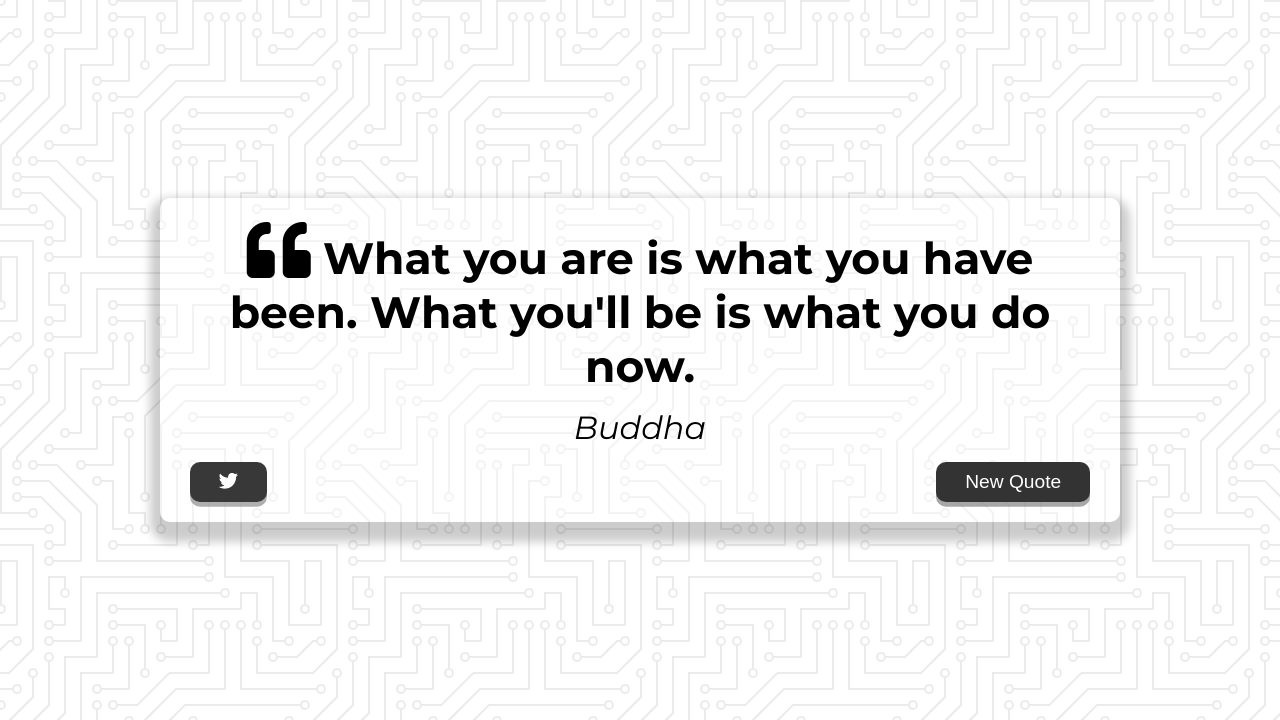
Repository: Badynko/quote-generator
Page: index.html
The author's editor kept a copy of each file at every save. The page is drawn from the files as they stood at one save, then again after the next save.
The browser window is 1280 px wide. The pictures show the whole page.
The first visible `button` is being pressed.
Some web libraries are served in a nearby version.

Above is the page before, as saved 2024-05-08 19:00:40.

### index.html
<!DOCTYPE html>
<html lang="en">
  <head>
    <meta charset="UTF-8" />
    <meta http-equiv="Permissions-Policy" content="interest-cohort=()" />
    <meta name="viewport" content="width=device-width, initial-scale=1.0" />
    <title>Template</title>
    <link rel="icon" type="image/png" href="favicon.png" />

    <link
      rel="stylesheet"
      href="https://cdnjs.cloudflare.com/ajax/libs/font-awesome/5.10.2/css/all.min.css"
    />
    <link rel="stylesheet" href="style.css" />
  </head>
  <body>
    <div class="quote-container" id="quote-container">
      <!-- Quote -->
      <div class="quote-text">
        <i class="fas fa-quote-left"></i>
        <span id="quote">
          What you are is what you have been. What you'll be is what you do now.
        </span>
      </div>
      <!-- Author -->
      <div class="quote-author">
        <span id="author">Buddha</span>
      </div>
      <!-- Buttons -->
      <div class="button-container">
        <button class="twitter-button" id="twitter" title="Tweet This!">
          <i class="fab fa-twitter"></i>
        </button>
        <button id="new-quote">New Quote</button>
      </div>
    </div>
    <!-- Script -->
    <script src="script.js"></script>
  </body>
</html>

### style.css
@import url("https://fonts.googleapis.com/css2?family=Montserrat:ital,wght@0,100..900;1,100..900&display=swap");

html {
  box-sizing: border-box;
}

body {
  margin: 0;
  min-height: 100vh;
  background-color: #ffffff;
  background-image: url("data:[embedded picture, 5330 characters]");
  color: #000;
  font-family: Montserrat, sans-serif;
  font-weight: 700;
  text-align: center;
  display: flex;
  align-items: center;
  justify-content: center;
}

.quote-container {
  width: auto;
  max-width: 900px;
  padding: 20px 30px;
  border-radius: 10px;
  background-color: rgba(255, 255, 255, 0.4);
  box-shadow: 0 10px 10px 10px rgba(0, 0, 0, 0.2);
}

.quote-text {
  font-size: 2.75rem;
}

.long-quote {
  font-size: 2rem;
}

.fa-quote-left {
  font-size: 4rem;
}

.quote-author {
  margin-top: 15px;
  font-size: 2rem;
  font-weight: 400;
  font-style: italic;
}

.button-container {
  margin-top: 15px;
  display: flex;
  justify-content: space-between;
}

button {
  cursor: pointer;
  font-size: 1.2rem;
  height: 2.5rem;
  border: none;
  border-radius: 10px;
  color: #fff;
  background: #333;
  outline: none;
  padding: 0.5rem 1.8rem;
  box-shadow: 0 0.3rem rgba(121, 121, 121, 0.65);
}

button:hover {
  filter: brightness(110%);
}

/* Media Query: Tablet or Smaller */
@media screen and (max-width: 1000px) {
  .quote-container {
    margin: auto 10px;
  }

  .quote-text {
    font-size: 2.5rem;
  }
}

Loaded but not shown: script.js (empty)

After the next save:
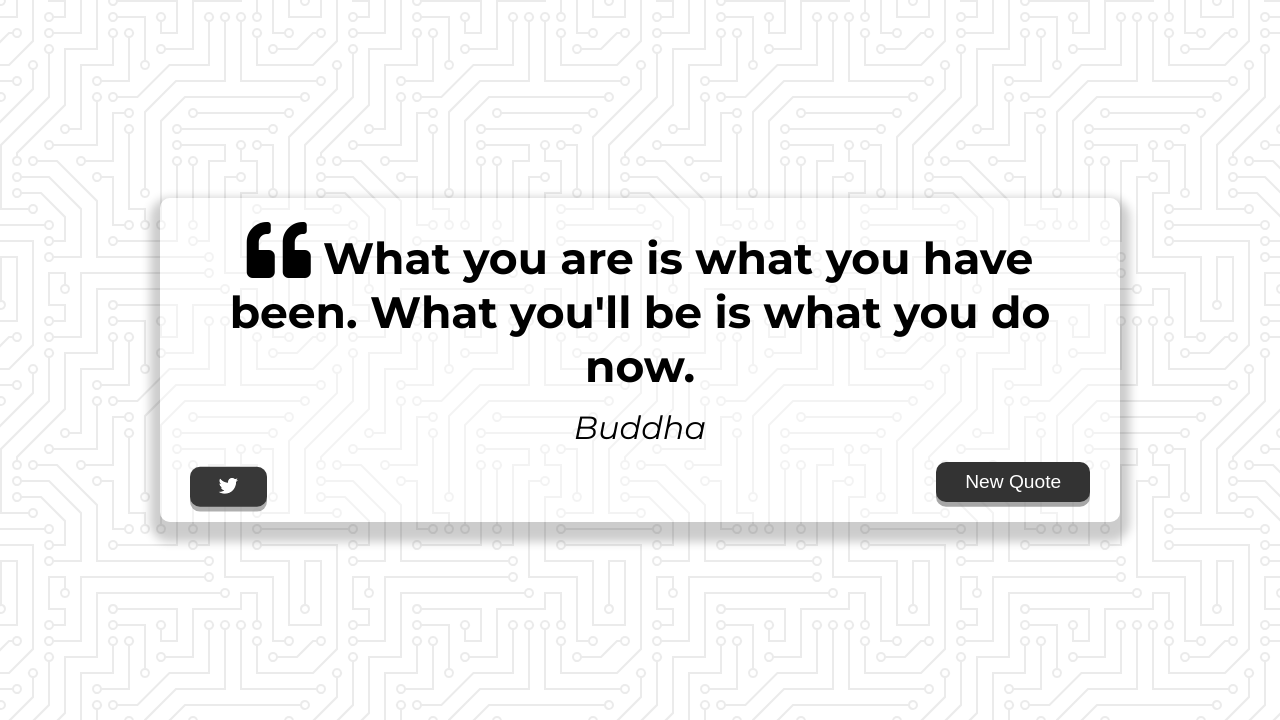
Saved 45 s later.
--- a/style.css
+++ b/style.css
@@ -69,6 +69,10 @@ button:hover {
   filter: brightness(110%);
 }
 
+button:active {
+  transform: translate(0, 0.3rem);
+}
+
 /* Media Query: Tablet or Smaller */
 @media screen and (max-width: 1000px) {
   .quote-container {
